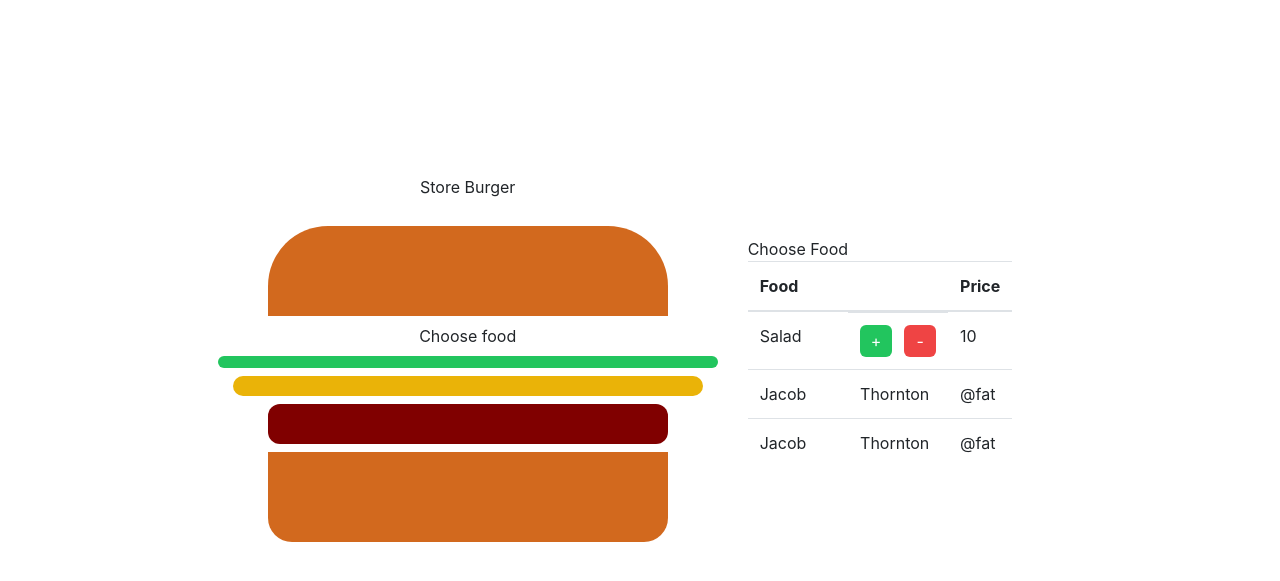
Repository: baobaodeveloper/bootcamp21_HuynhAnhBao_Burger
Page: /
These files come from the project's save history. The page is drawn as it stood at one moment and after the next save; the edit follows.
The browser window is 1280 px wide. The pictures show the whole page.
The project was rebuilt for these pictures with package versions that can differ from the ones it lists, and the page was loaded fresh each time. Also part of the build but not shown: vite.config.js.

Above is the page before, as saved 2022-05-15 17:18:38.

After the next save:
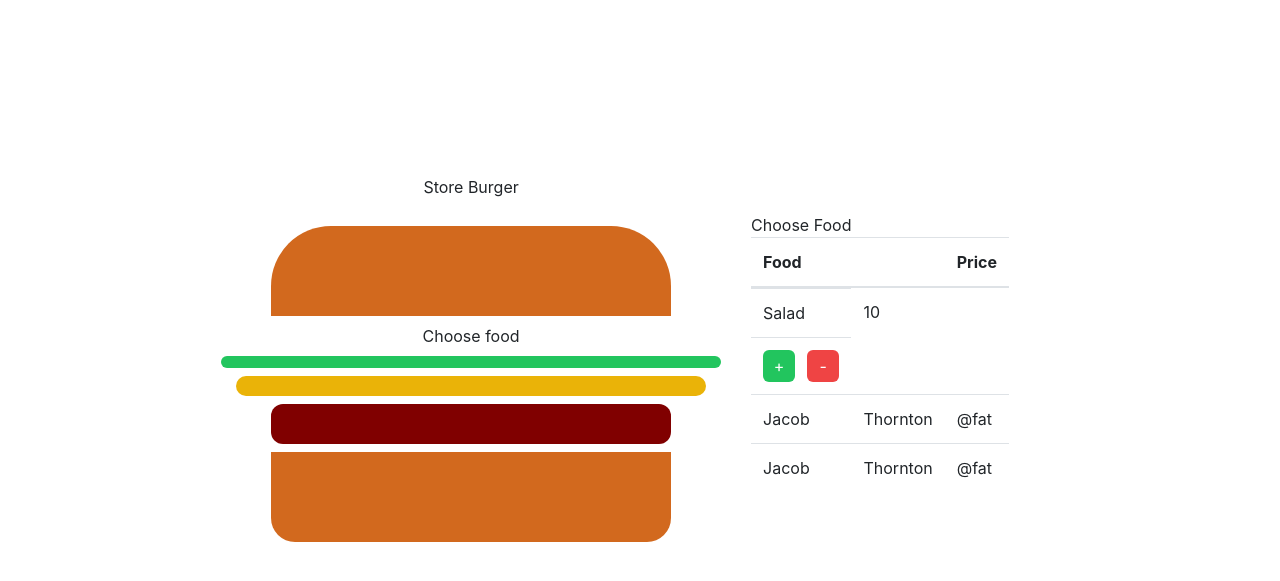
Saved 62 s later.
--- a/src/components/Burger.jsx
+++ b/src/components/Burger.jsx
@@ -30,7 +30,7 @@ export default function Burger() {
             </thead>
             <tbody>
               <tr>
-                <td>Salad</td>
+                <td className="flex flex-col">Salad</td>
                 <td className="flex items-center gap-x-3">
                   <button className="w-8 h-8 flex items-center justify-center text-white leading-none rounded-md bg-green-500">
                     +
